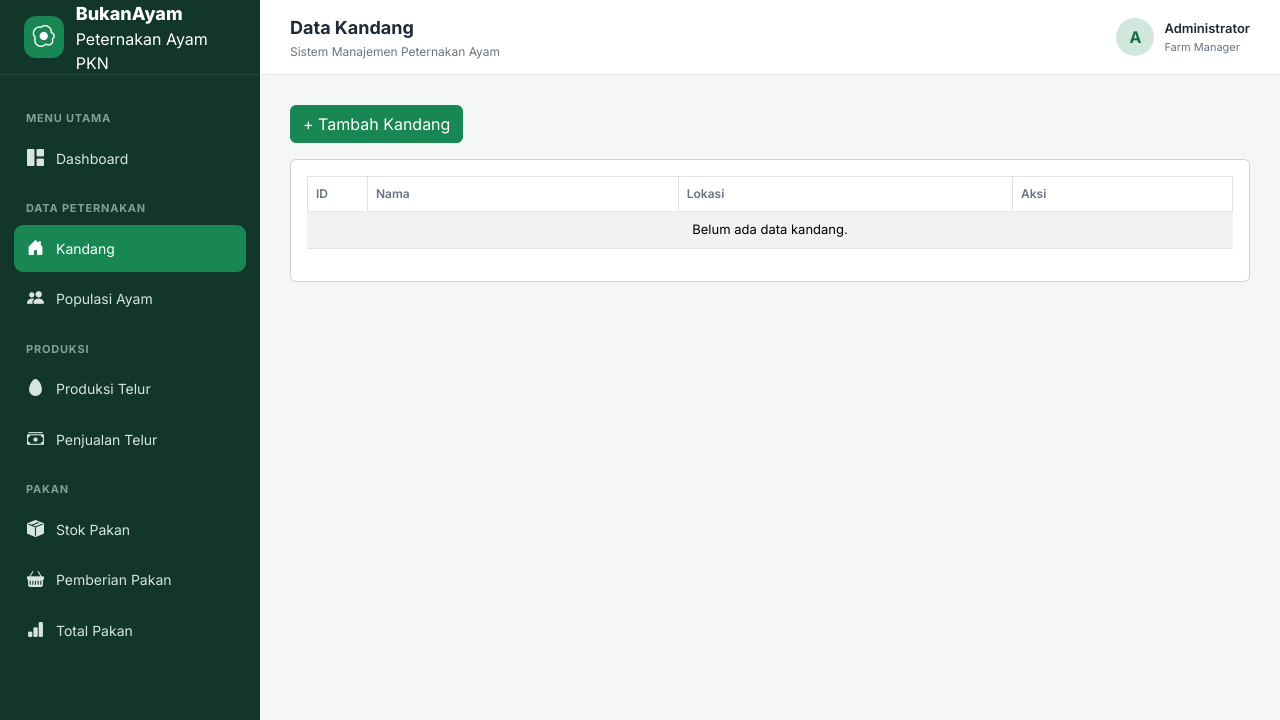
Repository: syafira-nur25/bukanayampart1
Page: http://localhost/kandang
These files come from the project's save history. The page is drawn as it stood at one moment and after the next save; the edit follows.
The browser window is 1280 px wide. The pictures show the whole page.
The page is served by the project's Laravel application, run on PHP 8.4 with Laravel 12. Queries for data that is not in the repository find no rows.

Above is the page before, as saved 2026-08-14 08:39:00.

After the next save:
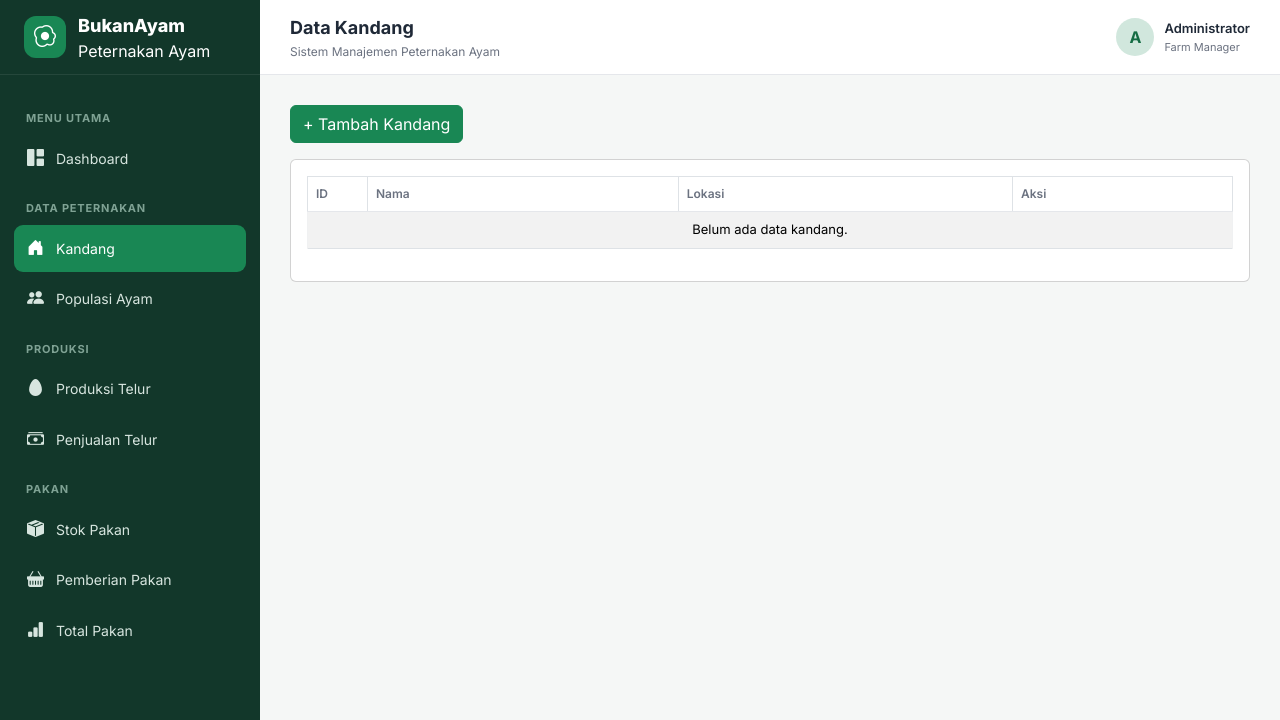
Saved 8 s later.
--- a/resources/views/layouts/app.blade.php
+++ b/resources/views/layouts/app.blade.php
@@ -455,7 +455,7 @@
             </div>
 
             <div clManagementass="brand-subtitle">
-                Peternakan Ayam PKN
+                Peternakan Ayam
             </div>
         </div>
 
